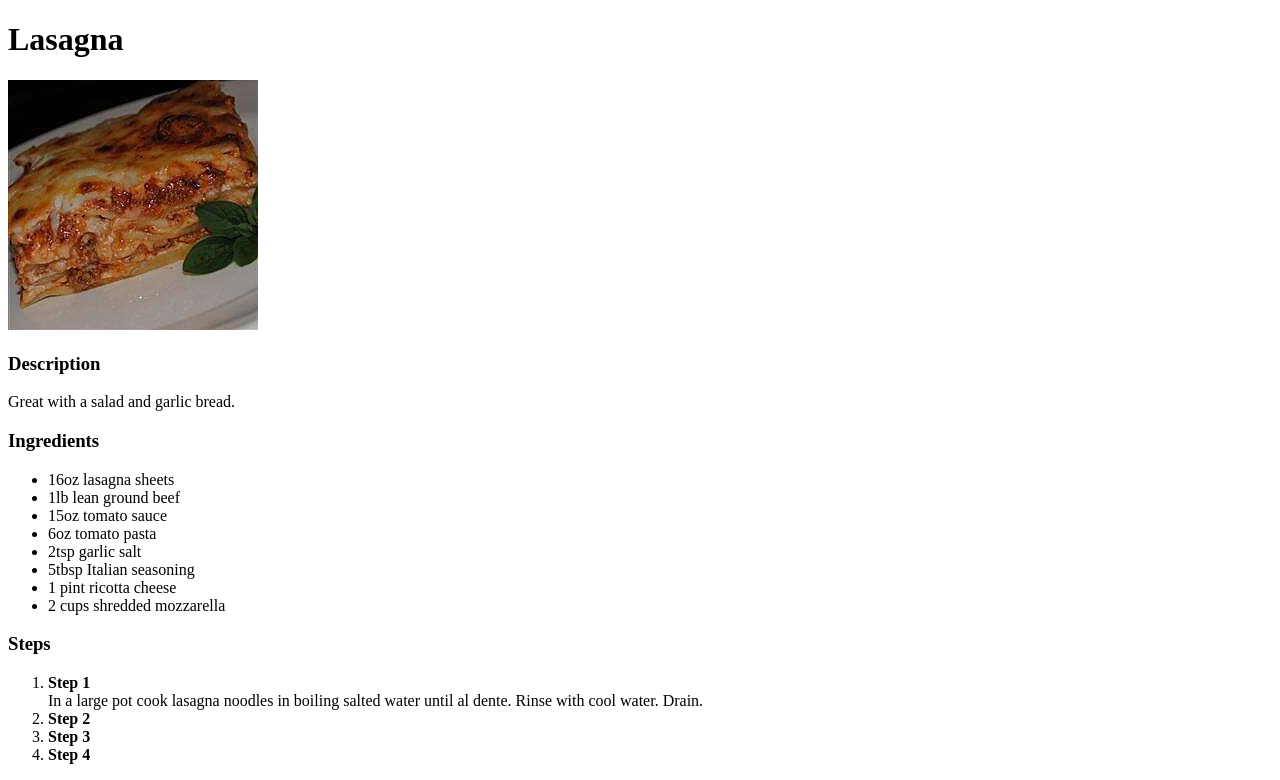
Repository: evemcd/odin_project
Page: odin-project1-recipes/recipes/lasagna.html
The author's editor kept a copy of each file at every save. The page is drawn from the files as they stood at one save, then again after the next save.
The browser window is 1280 px wide. The pictures show the whole page.

Above is the page before, as saved 2022-01-30 12:00:38.

### odin-project1-recipes/recipes/lasagna.html
<!DOCTYPE html>
<html lang="en">
<head>
    <meta charset="UTF-8">
    <title>Lasagna</title>
</head>
<body>
    <h1>Lasagna</h1>
    <img src="../images/lasagna.jfif" alt="Lasagna">
    <h3>Description</h3>
    <p>Great with a salad and garlic bread.</p>
    <h3>Ingredients</h3>
    <ul>
        <li>16oz lasagna sheets</li>
        <li>1lb lean ground beef</li>
        <li>15oz tomato sauce</li>
        <li>6oz tomato pasta</li>
        <li>2tsp garlic salt</li>
        <li>5tbsp Italian seasoning</li>
        <li>1 pint ricotta cheese</li>
        <li>2 cups shredded mozzarella</li>
    </ul>
    <h3>Steps</h3>
    <ol>
        <li><strong>Step 1</strong><br>In a large pot cook lasagna noodles in boiling salted water until al dente. Rinse with cool water. Drain.</li>
        <li><strong>Step 2</strong><br></li>
        <li><strong>Step 3</strong><br></li>
        <li><strong>Step 4</strong><br></li>
    </ol>
</body>
</html>

After the next save:
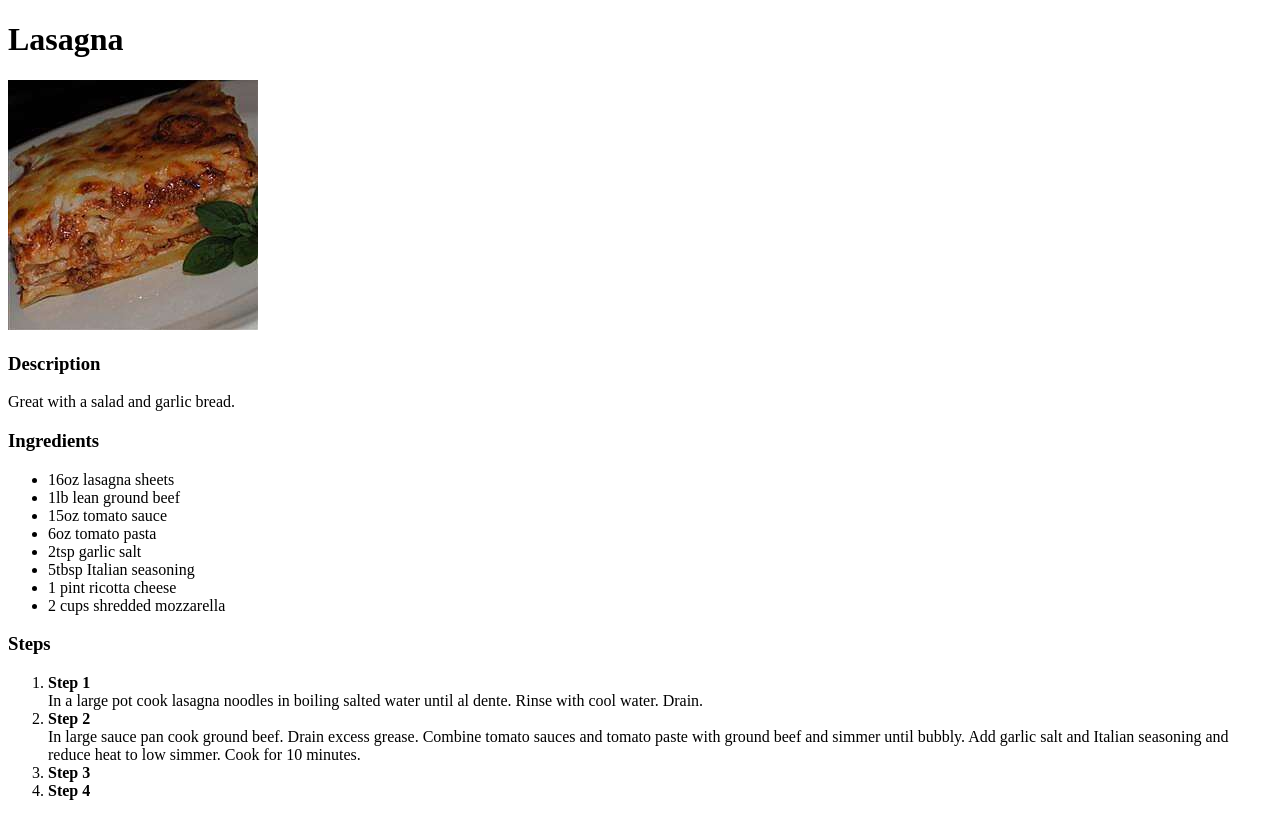
Saved 14 s later.
--- a/odin-project1-recipes/recipes/lasagna.html
+++ b/odin-project1-recipes/recipes/lasagna.html
@@ -23,7 +23,7 @@
     <h3>Steps</h3>
     <ol>
         <li><strong>Step 1</strong><br>In a large pot cook lasagna noodles in boiling salted water until al dente. Rinse with cool water. Drain.</li>
-        <li><strong>Step 2</strong><br></li>
+        <li><strong>Step 2</strong><br>In large sauce pan cook ground beef. Drain excess grease. Combine tomato sauces and tomato paste with ground beef and simmer until bubbly. Add garlic salt and Italian seasoning and reduce heat to low simmer. Cook for 10 minutes.</li>
         <li><strong>Step 3</strong><br></li>
         <li><strong>Step 4</strong><br></li>
     </ol>
